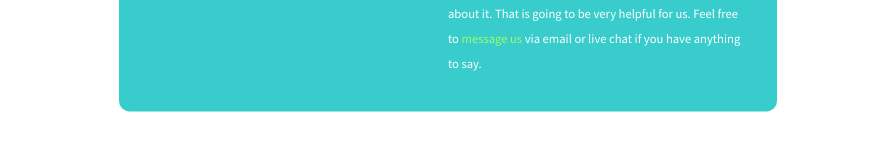
Repository: BuiVanVu102/Tooplate
Page: index.html
These files come from the project's save history. The page is drawn as it stood at one moment and after the next save; the edit follows.
The browser window is 1280 px wide. The pictures show the part of the page from y = 903 to 2823 px (the page is 1142 px tall before and 3931 px after), at 70% of full size.
Some web libraries are served in a nearby version. The style sheet was rebuilt from its Sass, Less or Tailwind sources for each picture, by a compiler version that may differ from the author's.

Above is the page before, as saved 2021-11-16 10:13:43.

After the next save:
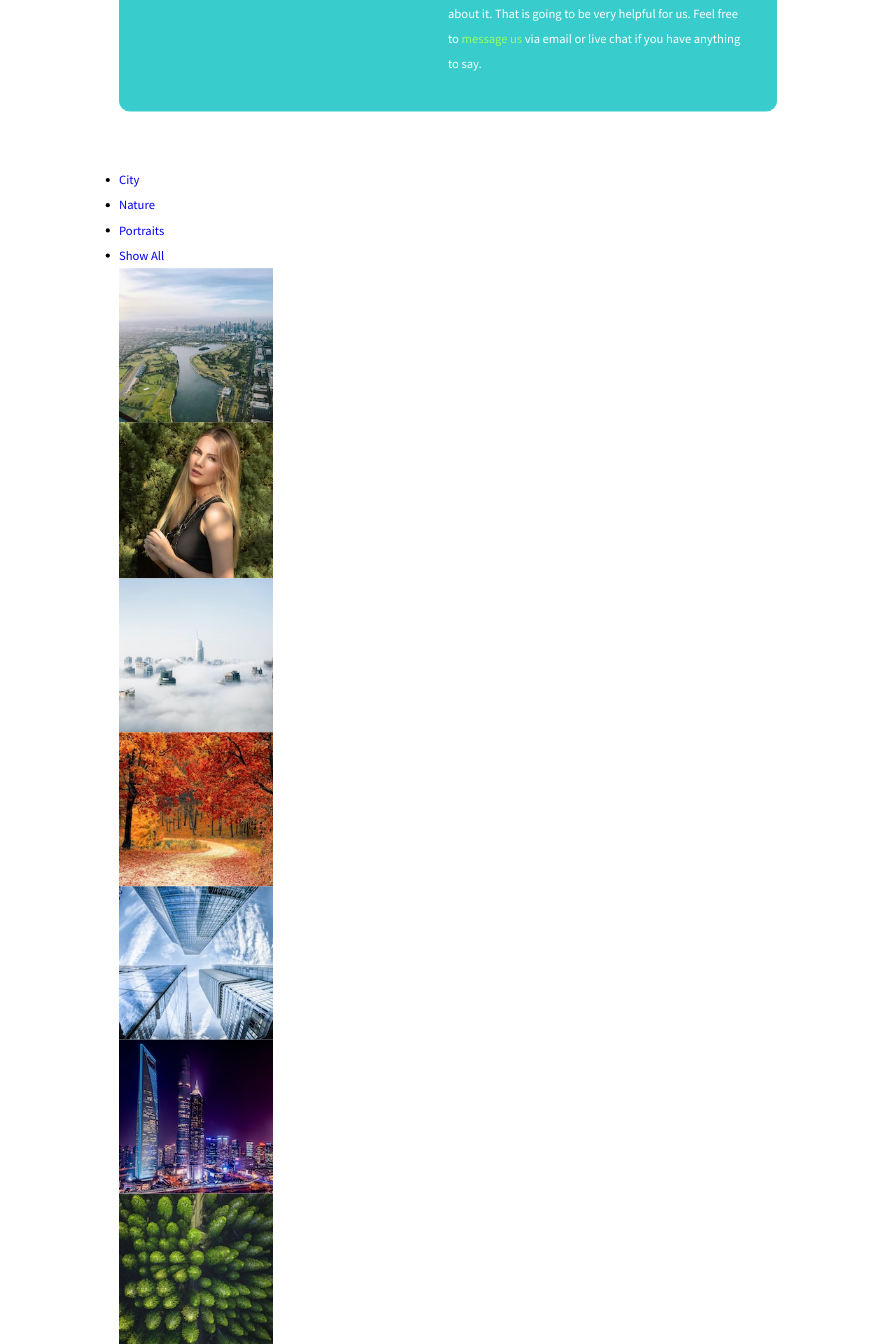
Saved 33 min 36 s later.
--- a/index.html
+++ b/index.html
@@ -44,7 +44,53 @@
 				<section class="show">
 					<div class="container">
 						<div class="show__container">
+							<div class="show__header">
+								<ul>
+									<li><a href="#!">City</a></li>
+									<li><a href="#!">Nature</a></li>
+									<li><a href="#!">Portraits</a></li>
+									<li><a href="#!">Show All</a></li>
+								</ul>
+							</div>
+							<div class="show__list">
+								<div class="show__img">
+									<img src="./images/city-1.jpg" alt="">
+								</div>
+								<div class="show__img">
+									<img src="./images/human-1.jpg" alt="">
+								</div>
+								<div class="show__img">
+									<img src="./images/city-2.jpg" alt="">
+								</div>
+								<div class="show__img">
+									<img src="./images/nature-1.jpg" alt="">
+								</div>
+								<div class="show__img">
+									<img src="./images/city-3.jpg" alt="">
+								</div>
+								<div class="show__img">
+									<img src="./images/city-4.jpg" alt="">
+								</div>
+								<div class="show__img">
+									<img src="./images/nature-2.jpg" alt="">
+								</div>
+								<div class="show__img">
+									<img src="./images/nature-3.jpg" alt="">
+								</div>
+								<div class="show__img">
+									<img src="./images/nature-4.jpg" alt="">
+								</div>
+								<div class="show__img">
+									<img src="./images/nature-5.jpg" alt="">
+								</div>
+								<div class="show__img">
+									<img src="./images/nature-6.jpg" alt="">
+								</div>
+								<div class="show__img">
+									<img src="./images/human-2.jpg" alt="">
+								</div>
 
+							</div>
 						</div>
 					</div>
 				</section>
